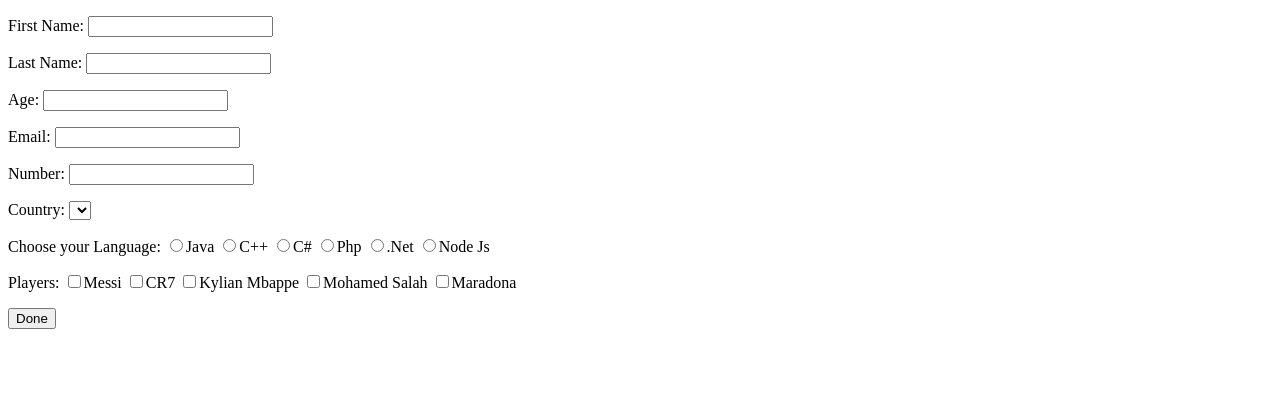
Repository: Moustafa-Ali-Khater/Spring-Data_Hibernate
Page: http://localhost/Spring_MVC/WEB-INF/view/Student-Front-MVC-Tags/student-account.jsp
These files come from the project's save history. The page is drawn as it stood at one moment and after the next save; the edit follows.
The browser window is 1280 px wide. The pictures show the whole page.
The page is served by Tomcat 9. Nobody is signed in. The template is opened directly, without the code that normally fills it, so the values that code supplies are empty.

Above is the page before, as saved 2023-08-03 17:30:46.

After the next save:
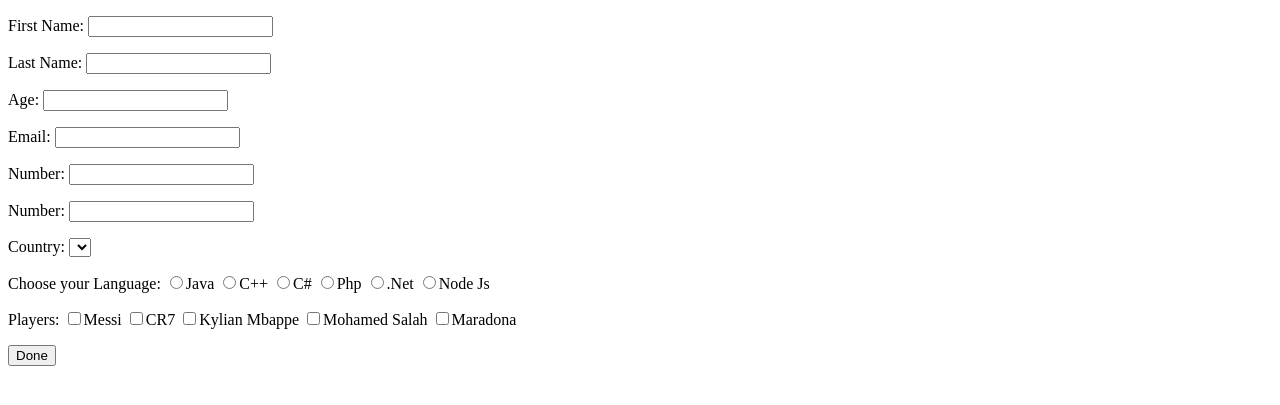
Saved 76 s later.
--- a/Spring_MVC/WebContent/WEB-INF/view/Student-Front-MVC-Tags/student-account.jsp
+++ b/Spring_MVC/WebContent/WEB-INF/view/Student-Front-MVC-Tags/student-account.jsp
@@ -24,6 +24,8 @@
 		<f:errors path="age" cssClass="error"/></p>
 		<p>Email: <f:input path="email"/>
 		<f:errors path="email" cssClass="error"/></p>
+		<p>Number: <f:input path="number"/>
+		<f:errors path="number" cssClass="error"/></p>
 		<p>Number: <f:input path="number"/>
 		<f:errors path="number" cssClass="error"/></p>
 		Country:
